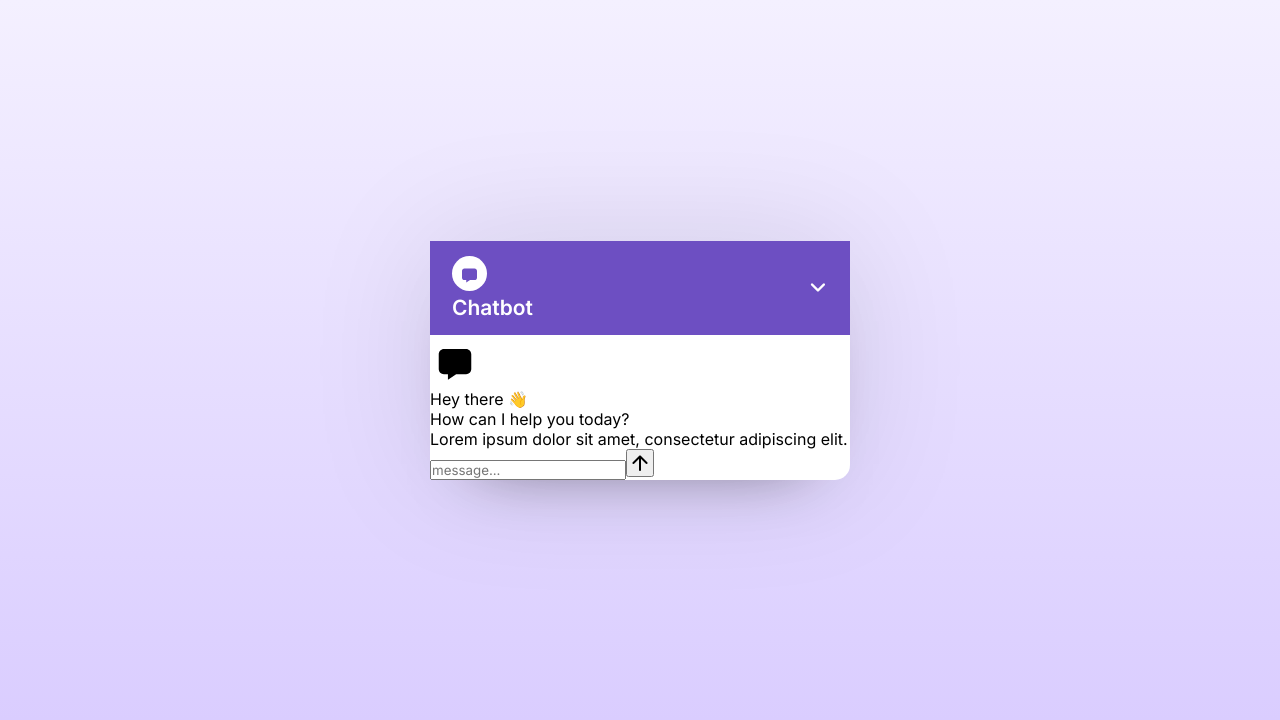
Repository: gogg23/chatbot
Page: / (app in chatbot/)
An editor plug-in stored every save of this project. The page is shown before and after the next save, followed by the edit.
The browser window is 1280 px wide. The pictures show the whole page.
The project was rebuilt for these pictures with package versions that can differ from the ones it lists, and the page was loaded fresh each time. Also part of the build but not shown: chatbot/vite.config.js.

Above is the page before, as saved 2025-01-17 10:38:50.

### chatbot/index.html
<!DOCTYPE html>
<html lang="en">
  <head>
    <meta charset="UTF-8" />
    <link rel="icon" type="image/svg+xml" href="/vite.svg" />
    <meta name="viewport" content="width=device-width, initial-scale=1.0" />
    <title>Chatbot in ReactJS</title>
    <!--Linking google Fonts for Icons-->
    <link
      href="https://fonts.googleapis.com/css2?family=Material+Symbols+Rounded"
      rel="stylesheet"
    />
  </head>
  <body>
    <div id="root"></div>
    <script type="module" src="/src/main.jsx"></script>
  </body>
</html>

### chatbot/src/index.css
/*Importing Google Fonts - Inter*/
@import url('https://fonts.googleapis.com/css2?family=Inter:ital,opsz,wght@0,14..32,100..900;1,14..32,100..900&display=swap');

* {
  margin: 0;
  padding: 0;
  box-sizing: border-box;
  font-family: 'Inter', sans-serif;
}

body {
  width: 100%;
  display: flex;
  align-items: center;
  justify-content: center;
  min-height: 100vh;
  background: linear-gradient(#f4f0ff, #dacdff);
}

.chatbot-popup {
  width: 420px;
  background: #fff;
  border-radius: 15px;
  box-shadow: 0 0 128px 0 rgba(0, 0, 0, 0.1),
    0 32px 64px -48px rgba(0, 0, 0, 0.5);
}

.chatbot-popup .chat-header {
  display: flex;
  padding: 15px 22px;
  align-items: center;
  justify-content: space-between;
  background: #6d4fc2;
}

.chatbot-header .header-info {
  display: flex;
  gap: 10px;
  align-items: center;
}

.header-info svg {
  height: 35px;
  width: 35px;
  padding: 6px;
  flex-shrink: 0;
  fill: #6d4fc2;
  background: #fff;
  border-radius: 50%;
}

.header-info .logo-text {
  color: #fff;
  font-size: 1.31rem;
  font-weight: 600;
}

.chat-header button {
  height: 40px;
  width: 40px;
  border: none;
  outline: none;
  color: #fff;
  cursor: pointer;
  font-size: 1.9rem;
  padding-top: 2px;
  border-radius: 50%;
  margin-right: -10px;
  background: none;
  transition: 0.2s ease;
}
.chat-header button:hover {
  background: #593bab;
}

### chatbot/src/App.jsx
import ChatbotIcon from './components/ChatbotIcon';

const App = () => {
  return (
    <div className='container'>
      <div className='chatbot-popup'>
        {/*Chatbot Header*/}
        <div className='chat-header'>
          <div className='header-info'>
            <ChatbotIcon />
            <h2 className='logo-text'>Chatbot</h2>
          </div>
          <button className='material-symbols-rounded'>
            keyboard_arrow_down
          </button>
        </div>
        {/*Chatbot Body*/}
        <div className='chat-body'>
          <div className='message bot-message'>
            <ChatbotIcon />
            <p className='message-text'>
              Hey there 👋
              <br />
              How can I help you today?
            </p>
          </div>
          <div className='message user-message'>
            <p className='message-text'>
              Lorem ipsum dolor sit amet, consectetur adipiscing elit.
            </p>
          </div>
        </div>
        {/*Chatbot Footer*/}
        <div className='chat-footer'>
          <form action='#' className='chat-form'></form>
          <input
            type='text'
            placeholder='message...'
            className='message-input'
            required
          />
          <button className='material-symbols-rounded'>arrow_upward</button>
        </div>
      </div>
    </div>
  );
};

export default App;

### chatbot/src/components/ChatbotIcon.jsx
const ChatbotIcon = () => {
  return (
    <svg
      xmlns='http://www.w3.org/2000/svg'
      width='50'
      height='50'
      viewBox='0 0 1024 1024'
    >
      <path
        d='M738.3 287.6H285.7c-59 0-106.8
      47.8-106.8 106.8v303.1c0 59 47.8 106.8 106.8 106.8h81.5v111.1c0
      .7.8 1.1 1.4.7l166.9-110.6 41.8-.8h117.4l43.6-.4c59
      0 106.8-47.8 106.8-106.8V394.5c0-59-47.8-106.9-106.8-106.9zM351
      .7 448.2c0-29.5 23.9-53.5 53.5-53.5s53.5 23.9 53.5 53.5-23.9
      53.5-53.5 53.5-53.5-23.9-53.5-53.5zm157.9 267.1c-67.8 0-123.8-47
      .5-132.3-109h264.6c-8.6 61.5-64.5 109-132.3 109zm110-213.7c-29.5
      0-53.5-23.9-53.5-53.5s23.9-53.5 53.5-53.5 53.5 23.9 53.5 53.5-23.9
      53.5-53.5 53.5zM867.2 644.5V453.1h26.5c19.4 0 35.1 15.7 35.1 35.1v121.1c0
      19.4-15.7 35.1-35.1 35.1h-26.5zM95.2 609.4V488.2c0-19.4 15.7-35.1
      35.1-35.1h26.5v191.3h-26.5c-19.4 0-35.1-15.7-35.1-35.1zM561.5 149.6c0 23.4-15.6
      43.3-36.9 49.7v44.9h-30v-44.9c-21.4-6.5-36.9-26.3-36.9-49.7 0-28.6 23.3-51.9 51.9-51.9s51.9
      23.3 51.9 51.9z'
      />
    </svg>
  );
};

export default ChatbotIcon;

Loaded but not shown: chatbot/src/main.jsx (common file)

After the next save:
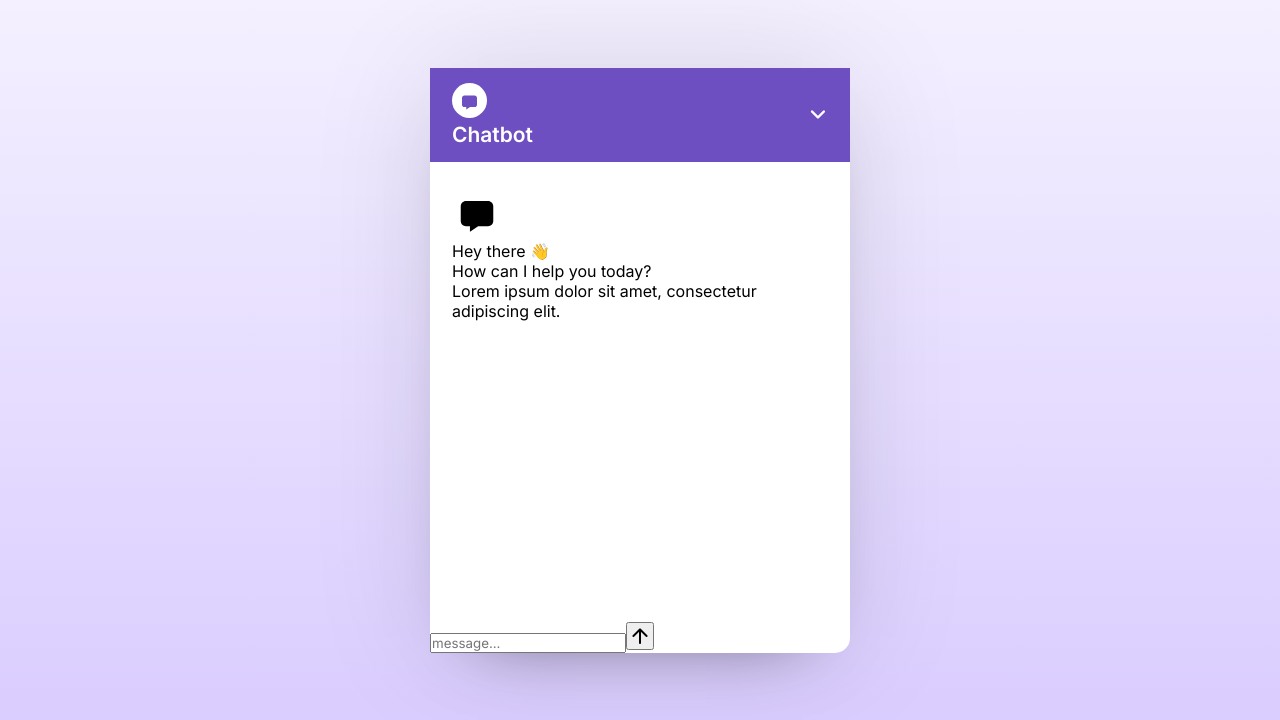
Saved 3 min 13 s later.
--- a/chatbot/src/index.css
+++ b/chatbot/src/index.css
@@ -72,3 +72,8 @@ body {
 .chat-header button:hover {
   background: #593bab;
 }
+.chat-body {
+  padding: 25px 22px;
+  height: 460px;
+  overflow-y: auto;
+}
